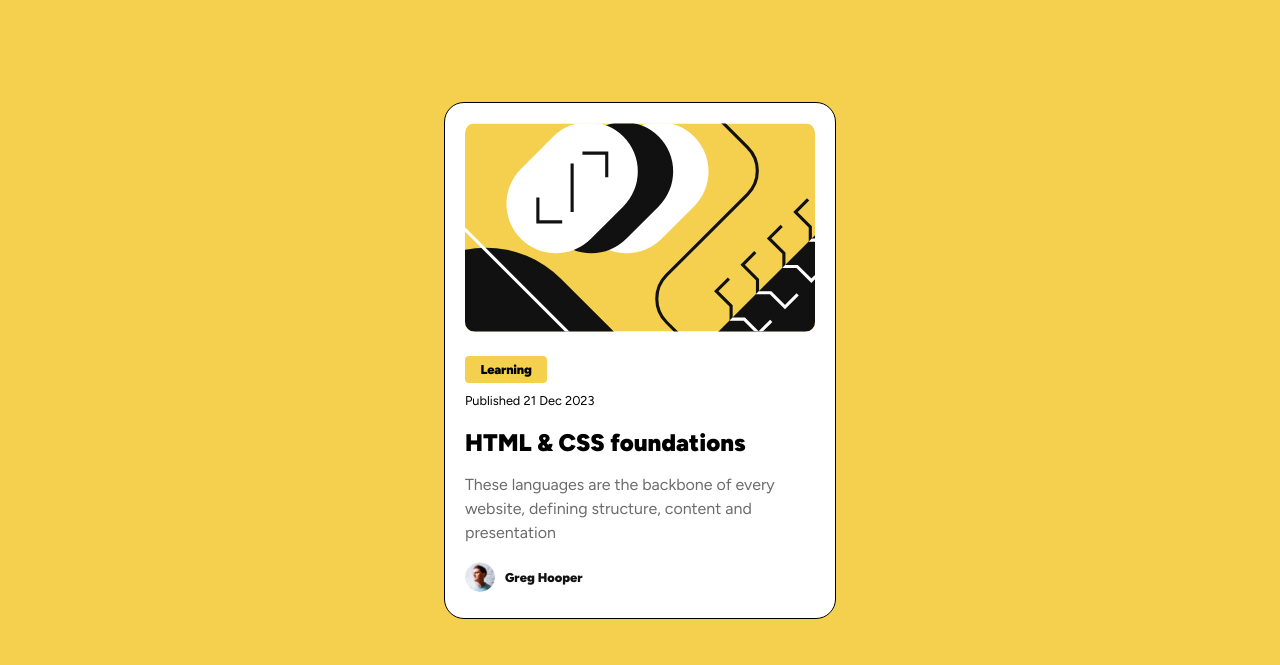
Repository: brandontaylor1/blogpreviewcard
Page: index.html
An editor plug-in stored every save of this project. The page is shown before and after a run of saves, followed by the edit.
The browser window is 1280 px wide. The pictures show the whole page.

Above is the page before, as saved 2024-12-25 12:29:58.

After the next 2 saves:
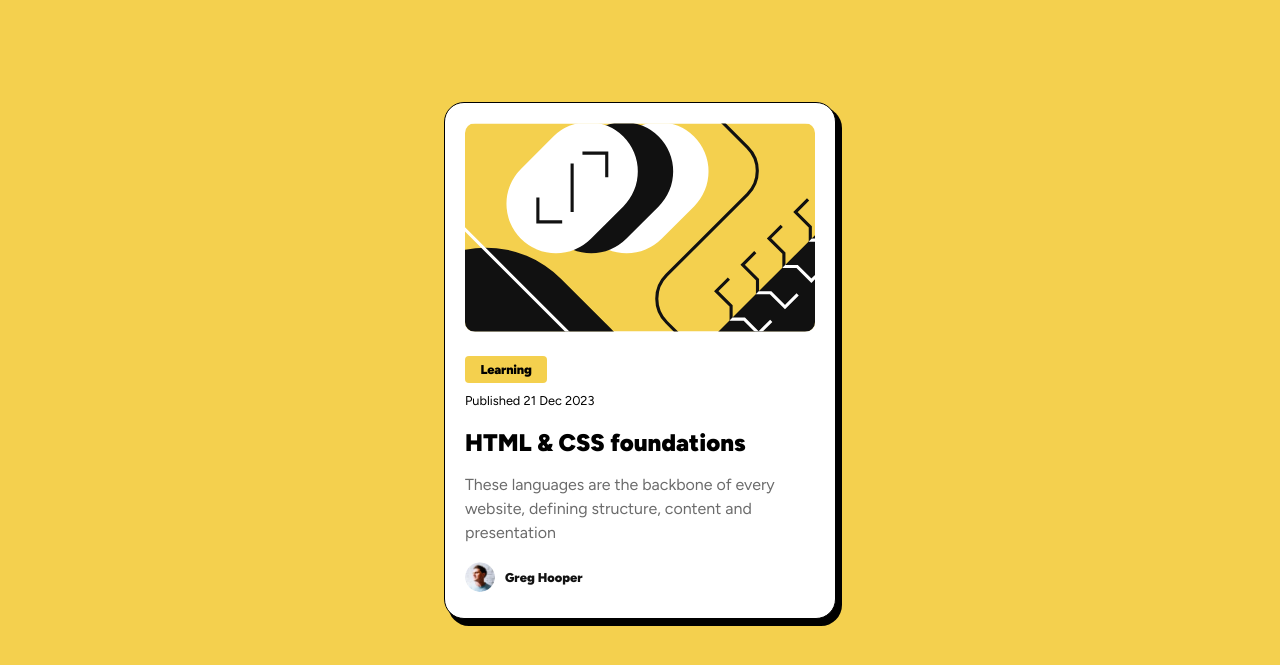
The 2 saves are shown as one change because they came seconds apart.
The last was saved 6 s later.
--- a/index.css
+++ b/index.css
@@ -49,7 +49,7 @@ body {
     padding: 20px;
     border-radius: 20px;
     border: 1px solid black;
-    box-shadow: px 5px 0 1px rgba(0, 0, 0, 1);
+    box-shadow: 5px 6px 0 1px rgba(0, 0, 0, 1);
     transition: all 0.3s ease;
 }
 
